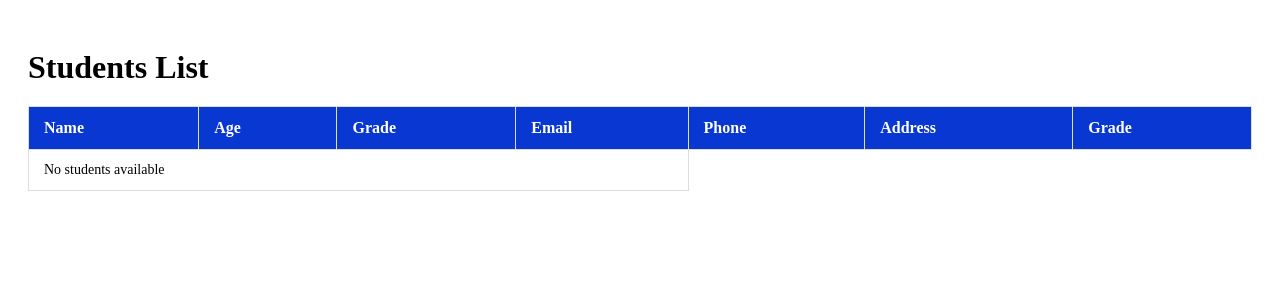
Repository: sharmisthak16/Student-Assignment
Page: /students (app in my-project/)
An editor plug-in stored every save of this project. The page is shown before and after the next save, followed by the edit.
The browser window is 1280 px wide. The pictures show the whole page.
The page's requests for data from a server got no answer. The project was rebuilt for these pictures with package versions that can differ from the ones it lists, and the page was loaded fresh each time. No one was signed in, and anything a server would have sent is missing. Also part of the build but not shown: my-project/vite.config.js, my-project/src/components/LoginForm.css, my-project/src/components/LoginForm.jsx, my-project/src/components/Dashboard.css, my-project/src/components/Dashboard.jsx, my-project/src/components/HomeButtons.css, my-project/src/components/HomeButtons.jsx, my-project/src/Pages/Home.jsx and 4 more.

Above is the page before, as saved 2025-01-31 04:23:50.

### my-project/index.html
<!doctype html>
<html lang="en">
  <head>
    <meta charset="UTF-8" />

    <meta name="viewport" content="width=device-width, initial-scale=1.0" />
    <title>Assignment</title>
  </head>
  <body>
    <div id="root"></div>
    <script type="module" src="/src/main.jsx"></script>
  </body>
</html>

### my-project/src/App.jsx
import React from 'react';
import { BrowserRouter as Router, Route, Routes } from 'react-router-dom'; // Use Routes instead of Switch
import LoginForm from './components/LoginForm';
import Dashboard from './components/Dashboard'; // Create this component for the dashboard page
import Home from './Pages/Home';
import StudentTable from './components/StudentTable';
import AddStudentModal from './components/AddStudentModal'
import StudentsPage from './components/StudentPage';

function App() {
  return (
    <Router>
      <Routes>
      <Route path='/' element={<Home/>} />
        <Route path="/LoginForm" element={<LoginForm />} /> {/* Use element instead of component */}
        <Route path="/dashboard" element={<Dashboard />} /> {/* Use element instead of component */}
       <Route path="/StudentTable" element={<StudentTable />}  />
       <Route path="/AddStudentModal" element={<AddStudentModal/>}  />
       <Route path='/students' element={< StudentsPage/>}/>
      </Routes>
    </Router>
  );
}

export default App;

### my-project/src/components/StudentPage.jsx
import React, { useEffect, useState } from 'react';
import { db, collection, getDocs } from './firebase'; // Assuming you're using Firestore
import './StudentPage.css';

const StudentPage = () => {
  const [students, setStudents] = useState([]);
  const [loading, setLoading] = useState(true);

  useEffect(() => {
    const fetchStudents = async () => {
      try {
        const querySnapshot = await getDocs(collection(db, "students"));
        const studentsData = querySnapshot.docs.map(doc => ({
          id: doc.id,
          ...doc.data(),
        }));
        setStudents(studentsData);
      } catch (error) {
        console.error("Error fetching students:", error);
      } finally {
        setLoading(false);
      }
    };

    fetchStudents();
  }, []);

  return (
    <div className="students-page">
      <h1>Students List</h1>
      {loading ? (
        <p>Loading...</p>
      ) : (
        <table className="students-table">
          <thead>
            <tr>
              <th>Name</th>
              <th>Age</th>
              <th>Grade</th>
              <th>Email</th>
              <th>Phone</th>
              <th>Address</th>
              <th>Grade</th>
            </tr>
          </thead>
          <tbody>
            {students.length > 0 ? (
              students.map(student => (
                <tr key={student.id}>
                  <td>{student.name}</td>
                  <td>{student.age}</td>
                  <td>{student.grade}</td>
                  <td>{student.email}</td>
                  <td>{student.phone}</td>
                  <td>{student.address}</td>
                  <td>{student.grade}</td>
                </tr>
              ))
            ) : (
              <tr>
                <td colSpan="4">No students available</td>
              </tr>
            )}
          </tbody>
        </table>
      )}
    </div>
  );
};

export default StudentPage;

### my-project/src/components/firebase.js
import { initializeApp } from "firebase/app";
import { getAuth, createUserWithEmailAndPassword, signInWithEmailAndPassword } from "firebase/auth";
import { getFirestore, collection, addDoc, getDocs } from "firebase/firestore"; // Import getDocs

const firebaseConfig = {
  apiKey: "AIzaSyBbJ0LWJOG7xecQUhc7-0NGPvu33pYSSAg",
  authDomain: "assignment-f6a48.firebaseapp.com",
  projectId: "assignment-f6a48",
  storageBucket: "assignment-f6a48.appspot.com",
  messagingSenderId: "801572322432",
  appId: "1:801572322432:web:b56f932b3f50b6140f7a65",
  measurementId: "G-SBG6GTP1V2"
};

const app = initializeApp(firebaseConfig);
const auth = getAuth(app);
const db = getFirestore(app); // Firestore instance

// Export the methods you're using
export { auth, db, createUserWithEmailAndPassword, signInWithEmailAndPassword, addDoc, collection, getDocs };

### my-project/src/components/StudentPage.css
/* Students Page Styling */
.students-page {
    padding: 20px;
  }

  .students-page h1 {
    font-size: 32px;
    margin-bottom: 20px;
  }

  .students-table {
    width: 100%;
    border-collapse: collapse;
    margin-top: 20px;
  }

  .students-table th, .students-table td {
    padding: 12px 15px;
    text-align: left;
    border: 1px solid #ddd;
  }

  .students-table th {
    background-color: #0837d2;
    color: white;
  }

  .students-table tr:nth-child(even) {
    background-color: #f9f9f9;
  }

  .students-table tr:hover {
    background-color: #f1f1f1;
  }

  .students-table td {
    font-size: 14px;
  }

Loaded but not shown: my-project/src/main.jsx (common file); my-project/src/index.css (common file)

After the next save:
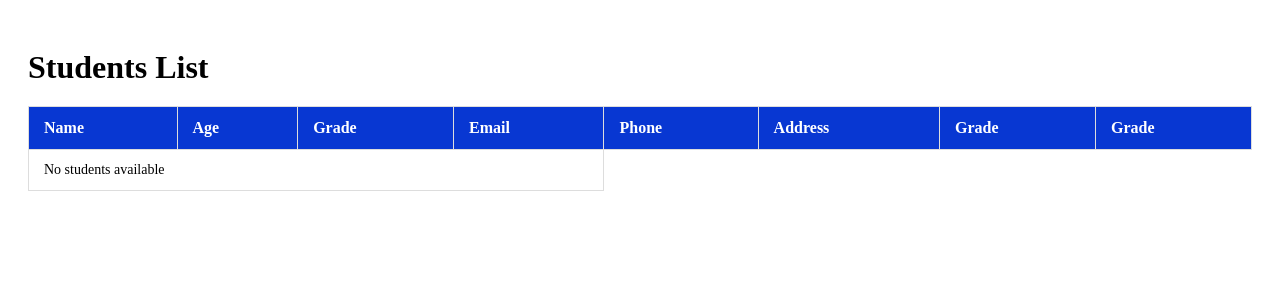
Saved 29 s later.
--- a/my-project/src/components/StudentPage.jsx
+++ b/my-project/src/components/StudentPage.jsx
@@ -41,6 +41,7 @@ const StudentPage = () => {
               <th>Phone</th>
               <th>Address</th>
               <th>Grade</th>
+              <th>Grade</th>
             </tr>
           </thead>
           <tbody>
